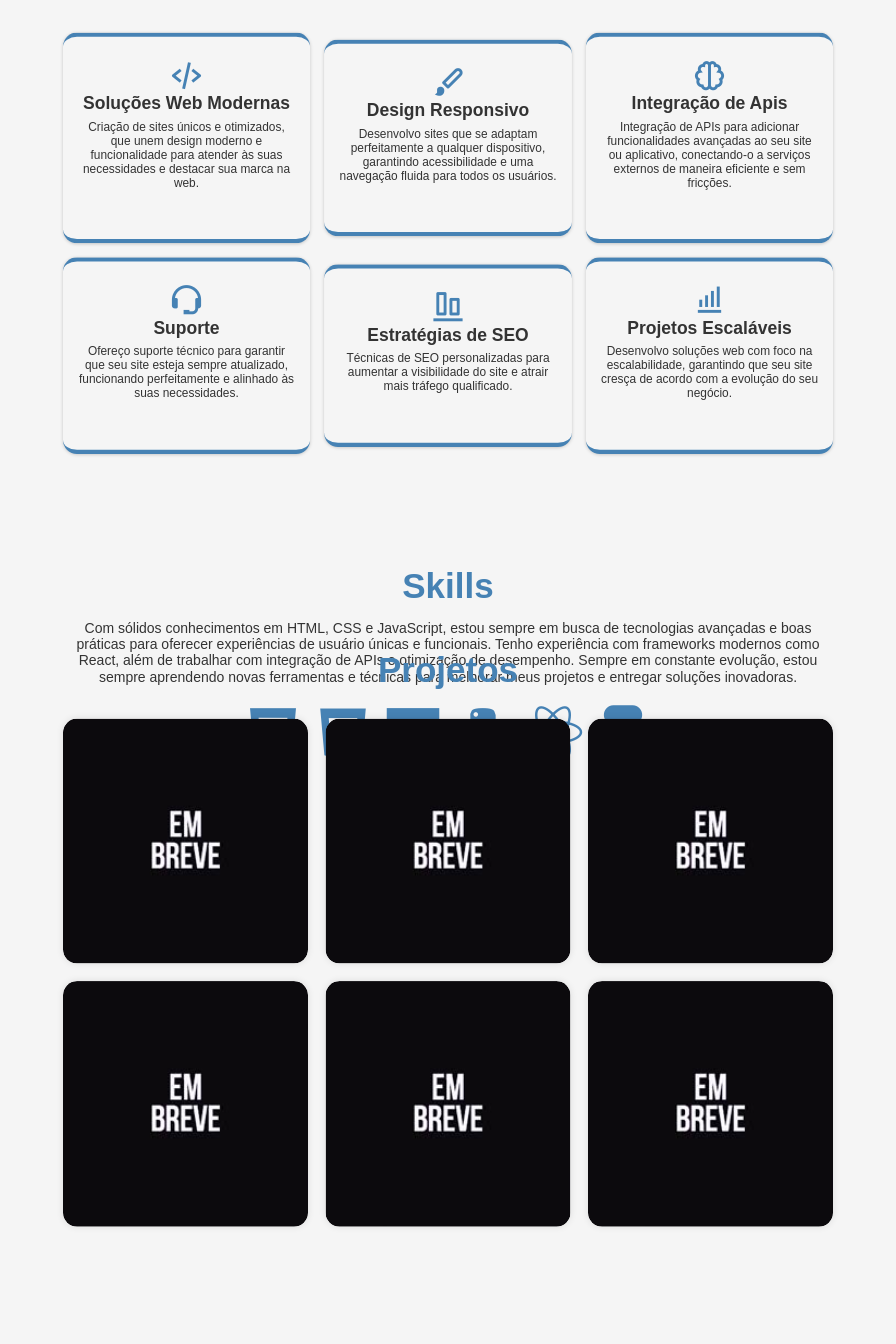
Repository: AliciaKathleen/portfolio-2025
Page: index.html
The author's editor kept a copy of each file at every save. The page is drawn from the files as they stood at one save, then again after the next save.
The browser window is 1280 px wide. The pictures show the part of the page from y = 1502 to 3422 px (the page is 4142 px tall), at 70% of full size.

Above is the page before, as saved 2025-01-27 18:02:01.
Console error: TypeError: Cannot read properties of null (reading 'classList')

### index.html
<!DOCTYPE html>
<html lang="en">
<head>
    <meta charset="UTF-8">
    <meta http-equiv="X-UA-Compatible" content="IE=edge">
    <meta name="viewport" content="width=device-width, initial-scale=1.0">
    <link rel="stylesheet" href="https://cdn.jsdelivr.net/npm/swiper@9/swiper-bundle.min.css" />
    <link href='https://unpkg.com/boxicons@2.1.4/css/boxicons.min.css' rel='stylesheet'>
    <link rel="stylesheet" href="style.css">
    <title>Alícia Kathleen</title>
</head>
<body>
    <header class="header">
        <a href="#" class="logo">Alícia Kathleen</a>

        <nav class="navbar">
            <a href="#home" class="active">Home</a>
            <a href="#about">Sobre</a>
            <a href="#services">Serviços</a>
            <a href="#portfolio">Projetos</a>
            <a href="#contact">Contato</a>
        </nav>

        <div class="bx bx-moon" id="darkMode-icon"></div>
        <div class="bx bx-menu" id="menu-icon"></div>
    </header>

    <section class="home" id="home">
        <div class="home-content">
            <h3>Olá, eu sou</h3>
            <h1>Alícia Kathleen</h1>
            <p>
                Sou uma desenvolvedora Front-End apaixonada por criar interfaces modernas e funcionais, unindo criatividade e tecnologia para proporcionar experiências digitais únicas. Com uma trajetória inicial no design gráfico, utilizo meu olhar apurado para detalhes e usabilidade para transformar ideias em projetos visuais impactantes. Estou sempre buscando aprender e crescer com novos desafios.
            </p>
            <div class="social-media">
                <a href="#"><i class='bx bxl-linkedin'></i></a>
                <a href="#"><i class='bx bxl-github'></i></a>
            </div>

            <a href="#" class="btn">CURRÍCULO</a>
        </div>

        <div class="profession-container">
            <div class="profession-box">
            </div>
            <div class="overlay"></div>
        </div>

        <div class="home-img">
            <img src="" alt="">
        </div>
    </section>

    <section class="about" id="about">
        <div class="about-img">
            <img src="images/portfolio.jpg" alt="">
        </div>

        <div class="about-content">
            <h2 class="heading">Sobre <span>Mim</span></h2>
            <h3>
                Olá! Seja bem-vindo(a) ao meu portfólio! Sou uma desenvolvedora Front-End apaixonada por criar soluções digitais modernas e funcionais. Amo aprender novas tecnologias, resolver problemas com código e transformar ideias em projetos reais.
            </h3>
            <p>
                Aqui você vai encontrar alguns dos meus trabalhos, além de conhecer um pouco mais sobre minha trajetória no desenvolvimento web. Estou sempre em busca de novos desafios e oportunidades para crescer e evoluir como profissional.
            </p>
            <p>
                Sinta-se à vontade para explorar meu portfólio!
            </p>
        </div>
    </section>

    <section class="services" id="services">
        <h2 class="heading">Explore Meus <span>Trabalhos</span></h2>
        <div class="services-container">
            <div class="services-box">
                <i class='bx bx-code-alt'></i>
                <h3>Soluções Web Modernas</h3>
                <p>Criação de sites únicos e otimizados, que unem design moderno e funcionalidade para atender às suas necessidades e destacar sua marca na web.</p>
            </div>
            <div class="services-box">
                <i class='bx bxs-paint'></i>
                <h3>Design Responsivo</h3>
                <p>Desenvolvo sites que se adaptam perfeitamente a qualquer dispositivo, garantindo acessibilidade e uma navegação fluida para todos os usuários.</p>
            </div>
            <div class="services-box">
                <i class='bx bx-brain'></i>
                <h3>Integração de Apis</h3>
                <p>Integração de APIs para adicionar funcionalidades avançadas ao seu site ou aplicativo, conectando-o a serviços externos de maneira eficiente e sem fricções.</p>
            </div>
            <div class="services-box">
                <i class='bx bx-support'></i>
                <h3>Suporte</h3>
                <p>Ofereço suporte técnico para garantir que seu site esteja sempre atualizado, funcionando perfeitamente e alinhado às suas necessidades.</p>
            </div>
            <div class="services-box">
                <i class='bx bx-objects-vertical-bottom'></i>
                <h3>Estratégias de SEO</h3>
                <p>Técnicas de SEO personalizadas para aumentar a visibilidade do site e atrair mais tráfego qualificado.</p>
            </div>
            <div class="services-box">
                <i class='bx bx-bar-chart-alt'></i>
                <h3>Projetos Escaláveis</h3>
                <p>Desenvolvo soluções web com foco na escalabilidade, garantindo que seu site cresça de acordo com a evolução do seu negócio.

                </p>
            </div>
        </div>
    </section>

    <section class="resume-detail skills" id="skills">
        <h2 class="heading"><span>Skills</span></h2>
        <div class="resume-list">
            <div class="skills-container">
                <p>
                    Com sólidos conhecimentos em HTML, CSS e JavaScript, estou sempre em busca de tecnologias avançadas e boas práticas para oferecer experiências de usuário únicas e funcionais. Tenho experiência com frameworks modernos como React, além de trabalhar com integração de APIs e otimização de desempenho. Sempre em constante evolução, estou sempre aprendendo novas ferramentas e técnicas para melhorar meus projetos e entregar soluções inovadoras.
                </p>
                <div class="resume-items">
                    <div class="resume-item">
                        <i class='bx bxl-html5'></i>
                        <span>HTML</span>
                    </div>
                    <div class="resume-item">
                        <i class='bx bxl-css3'></i>
                        <span>CSS3</span>
                    </div>
                    <div class="resume-item">
                        <i class='bx bxl-javascript'></i>
                        <span>JavaScript</span>
                    </div>
                    <div class="resume-item">
                        <i class='bx bxl-python'></i>
                        <span>Python</span>
                    </div>
                    <div class="resume-item">
                        <i class='bx bxl-react'></i>
                        <span>ReactJS</span>
                    </div>
                    <div class="resume-item">
                        <i class='bx bxl-figma'></i>
                        <span>Figma</span>
                    </div>
                </div>
            </div>
        </div>
    </section>

    <section class="portfolio" id="portfolio">
        <h2 class="heading"><span>Projetos</span></h2>

        <div class="portfolio-container">
            <div class="portfolio-box">
                <img src="images/portfolio.jpg" alt="">

                <div class="portfolio-layer">
                    <h4>Web Design</h4>
                    <p>Lorem ipsum dolor sit amet consectetur adipisicing elit. Similique, ipsam est.</p>
                    <a href="#"><i class='bx bx-link-external'></i></a>
                </div>
            </div>
            <div class="portfolio-box">
                <img src="images/portfolio.jpg" alt="">

                <div class="portfolio-layer">
                    <h4>Projeto em construção</h4>
                    <p>Em breve...</p>
                    <a href="#"><i class='bx bx-link-external'></i></a>
                </div>
            </div>
            <div class="portfolio-box">
                <img src="images/portfolio.jpg" alt="">

                <div class="portfolio-layer">
                    <h4>Projeto em construção</h4>
                    <p>Em breve...</p>
                    <a href="#"><i class='bx bx-link-external'></i></a>
                </div>
            </div>
            <div class="portfolio-box">
                <img src="images/portfolio.jpg" alt="">

                <div class="portfolio-layer">
                    <h4>Projeto em construção</h4>
                    <p>Em breve...</p>
                    <a href="#"><i class='bx bx-link-external'></i></a>
                </div>
            </div>
            <div class="portfolio-box">
                <img src="images/portfolio.jpg" alt="">

                <div class="portfolio-layer">
                    <h4>Projeto em construção</h4>
                    <p>Em breve...</p>
                    <a href="#"><i class='bx bx-link-external'></i></a>
                </div>
            </div>
            <div class="portfolio-box">
                <img src="images/portfolio.jpg" alt="">

                <div class="portfolio-layer">
                    <h4>Projeto em construção</h4>
                    <p>Em breve...</p>
                    <a href="#"><i class='bx bx-link-external'></i></a>
                </div>
            </div>
        </div>
    </section>

    <section class="contact" id="contact">
        <h2 class="heading">Entre em<span>Contato</span></h2>

        <form action="#">
            <div class="input-box">
                <input type="text" placeholder="Full Name">
                <input type="email" placeholder="Email Address">
            </div>
            <div class="input-box">
                <input type="number" placeholder="Mobile Number">
                <input type="text" placeholder="Email Subject">
            </div>
            <textarea name="" id="" cols="30" rows="10" placeholder="Your Message"></textarea>
            <input type="submit" value="Send Message" class="btn">
        </form>
    </section>

    <footer class="footer">
        <div class="footer-text">
            <p>Copyright &copy; 2025 | Todos os direitos reservados.</p>
        </div>

        <div class="footer-iconTop">
            <a href="#home"><i class='bx bx-up-arrow-alt'></i></a>
        </div>
    </footer>

    <script src="https://unpkg.com/scrollreveal"></script>
    <script src="https://cdn.jsdelivr.net/npm/swiper@9/swiper-bundle.min.js"></script>
    <script src="script.js"></script>
</body>
</html>

Loaded but not shown: script.js (67 lines, source omitted); style.css (894 lines, source omitted)

After the next save:
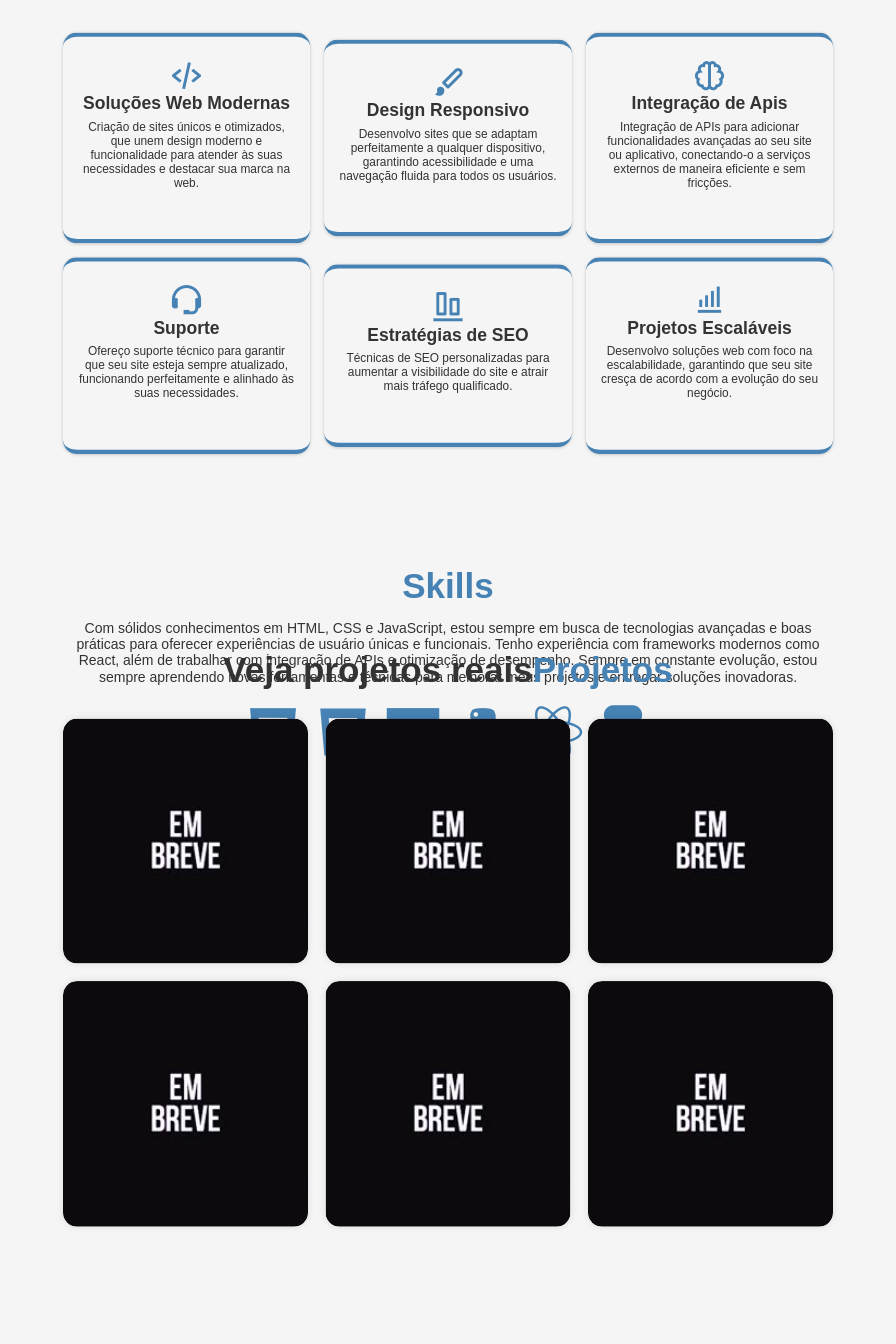
Saved 8 s later.
--- a/index.html
+++ b/index.html
@@ -146,7 +146,7 @@
     </section>
 
     <section class="portfolio" id="portfolio">
-        <h2 class="heading"><span>Projetos</span></h2>
+        <h2 class="heading">Veja projetos reais<span>Projetos</span></h2>
 
         <div class="portfolio-container">
             <div class="portfolio-box">
